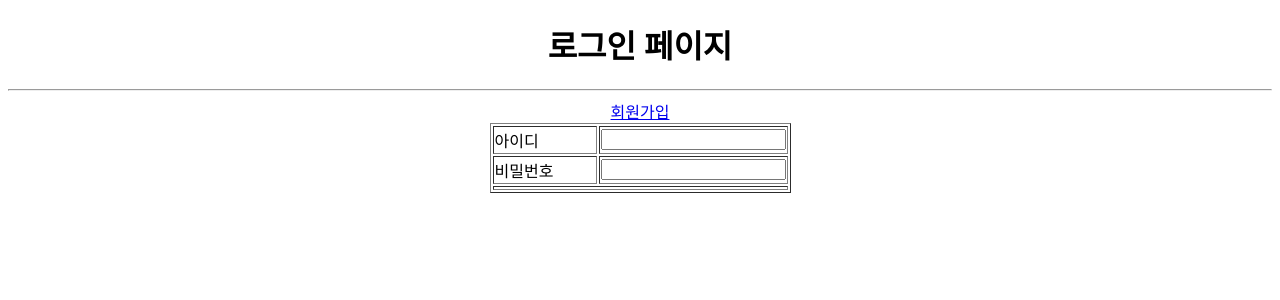
Repository: gunvv00/jsp
Page: http://localhost/DBtest/회원가입DB사용/Login.jsp
These files come from the project's save history. The page is drawn as it stood at one moment and after the next save; the edit follows.
The browser window is 1280 px wide. The pictures show the whole page.
The page is served by Tomcat 9.

Above is the page before, as saved 2020-04-24 03:50:12.

After the next save:
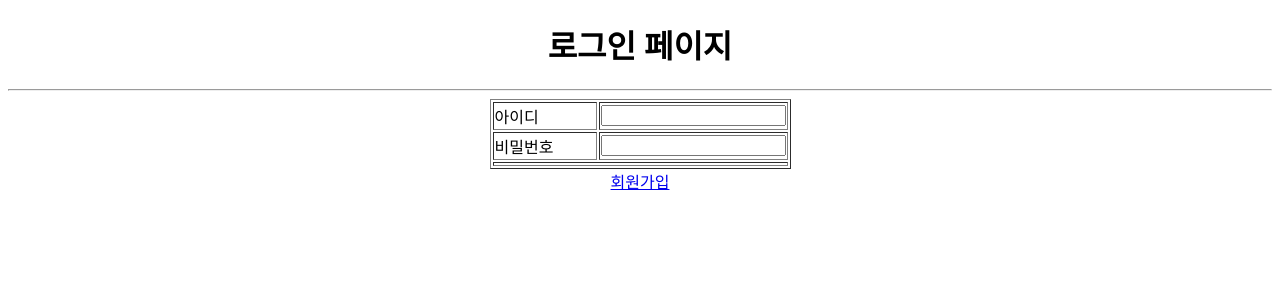
Saved 18 s later.
--- a/DBtest/WebContent/회원가입DB사용/Login.jsp
+++ b/DBtest/WebContent/회원가입DB사용/Login.jsp
@@ -34,10 +34,8 @@
 	<tr>
 		<td colspan="2"><a href="LoginProcess.jsp" type="submit" value = "로그인"></a></td>
 	</tr>
-
-	<a href="JoinForm.jsp" type="submit">회원가입</a>
-
 </table>
+<a href="JoinForm.jsp" type="submit">회원가입</a>
 </div>
 
 </body>
